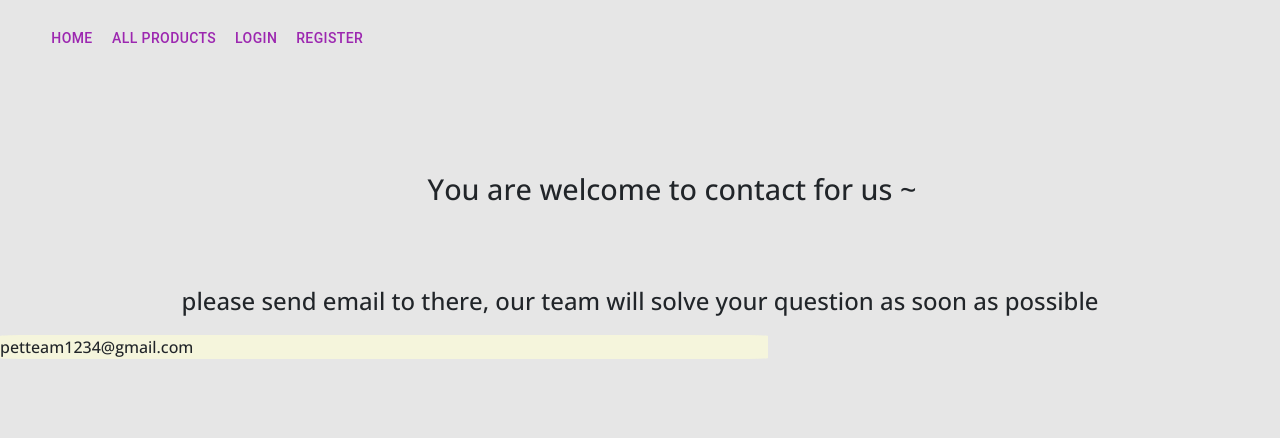
Repository: dzwfighting/pet
Page: /contact
These files come from the project's save history. The page is drawn as it stood at one moment and after a run of saves; the edit follows.
The browser window is 1280 px wide. The pictures show the whole page.
The project was rebuilt for these pictures with package versions that can differ from the ones it lists, and the page was loaded fresh each time. Also part of the build but not shown: src/components/homeComponent.js, src/components/Layout.js, src/components/checkoutComponent.js, src/fake-data/products.js, src/styles/css/cart.css, src/components/ShopCartComponent.js, src/components/productsDetail.js, src/manipulate/checkValid.js and 10 more.

Above is the page before, as saved 2023-08-20 10:10:35.

After the next 4 saves:
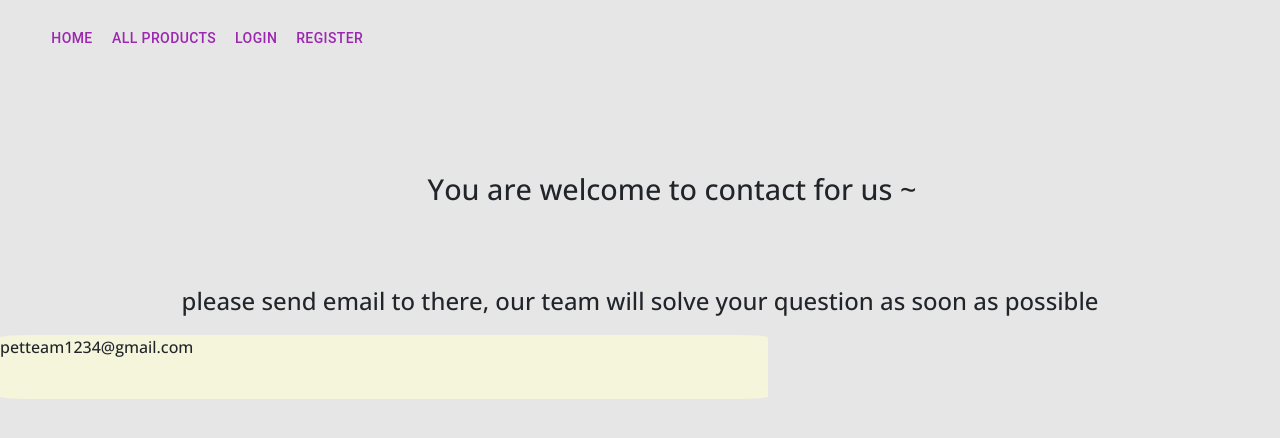
The 4 saves are shown as one change because they came seconds apart.
The last was saved 17 s later.
--- a/src/styles/css/contact.css
+++ b/src/styles/css/contact.css
@@ -18,7 +18,7 @@
 .emailBlock {
   font-family: "Open Sans", sans-serif;
   width: 60vw;
-  height: 20%;
+  height: 5vw;
   background-color: beige;
   border-radius: 4%;
 }
